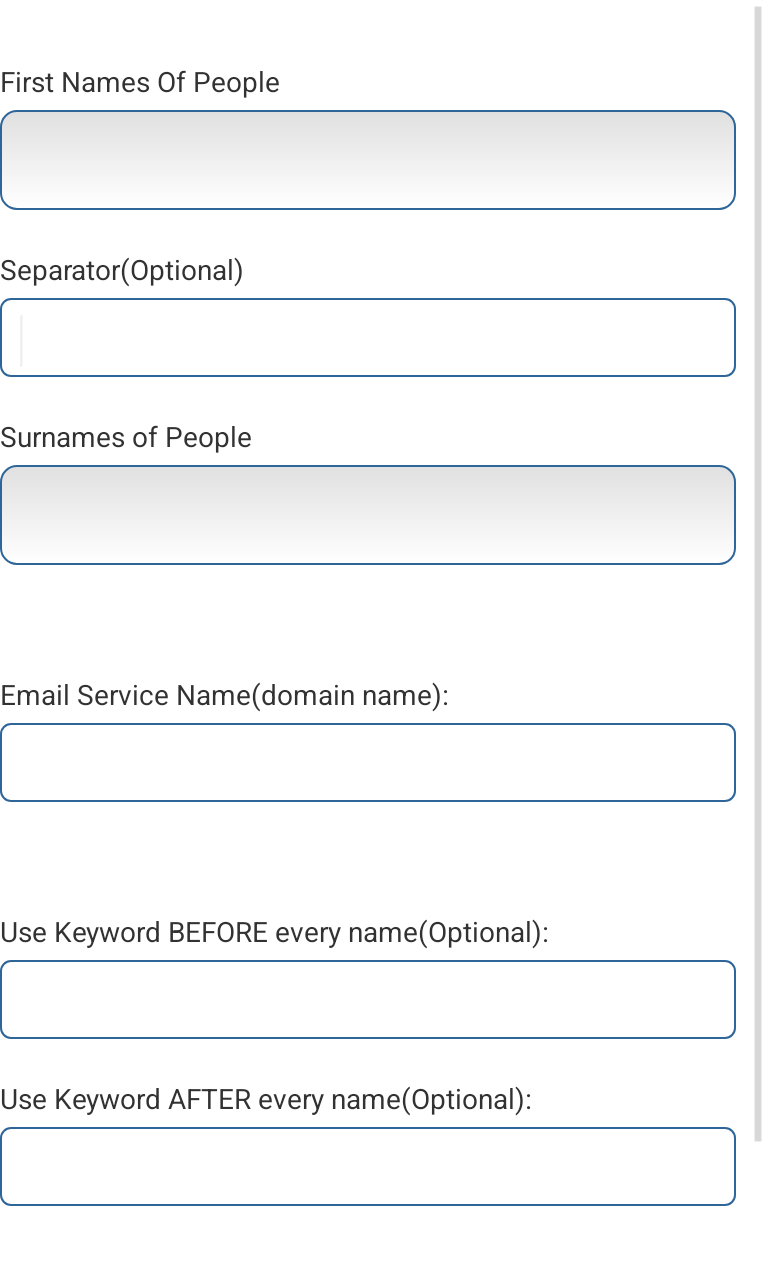
Repository: gperedo/AllAndroid
Layout: UltimateEmailIDEngine/res/layout/inputdata_activity.xml
These files come from the project's save history. The layout is drawn as it stood at one moment and after the next save; the edit follows.
It is drawn on a 768 x 1280 px phone screen (xhdpi) without system bars, with theme AppTheme; the app's code is not run.

Above is the layout before, as saved 2014-01-17 05:18:55.

### UltimateEmailIDEngine/res/layout/inputdata_activity.xml
<?xml version="1.0" encoding="utf-8"?>
<ScrollView xmlns:android="http://schemas.android.com/apk/res/android"
    android:layout_width="match_parent"
    android:layout_height="match_parent"
    >

    <LinearLayout
        android:layout_width="wrap_content"
        android:layout_height="wrap_content"
        android:layout_centerInParent="true"
        android:layout_marginTop="0dp"
        android:orientation="vertical"
        android:paddingBottom="@dimen/activity_vertical_margin"
    	android:paddingRight="@dimen/activity_horizontal_margin"
    	android:paddingTop="@dimen/activity_vertical_margin" >

        <LinearLayout
            android:id="@+id/linearLayout5"
            android:layout_width="match_parent"
            android:layout_height="wrap_content"
            android:orientation="vertical" >

            <LinearLayout
                android:id="@+id/linearLayout2"
                android:layout_width="match_parent"
                android:layout_height="wrap_content"
                android:layout_marginTop="15dp"
                android:orientation="vertical" >

                <TextView
                    android:id="@+id/firstname_textview"
                    android:layout_width="wrap_content"
                    android:layout_height="wrap_content"
                    android:text="First Names Of People" />

                <Spinner
                    android:id="@+id/firstnames_spinner"
                    android:layout_width="match_parent"
                    android:layout_height="50dp"
                    android:layout_marginTop="5dp"
                    android:background="@drawable/custom_spinner_btn_normal"/>
            </LinearLayout>

            <LinearLayout
                android:id="@+id/linearLayout3"
                android:layout_width="match_parent"
                android:layout_height="wrap_content"
                android:layout_marginTop="20dp"
                android:orientation="vertical" >

                <TextView
                    android:id="@+id/separator_textview"
                    android:layout_width="wrap_content"
                    android:layout_height="wrap_content"
                    android:text="Separator(Optional)" />

                <EditText
                    android:id="@+id/separator_edittext"
                    android:layout_width="match_parent"
                    android:layout_height="wrap_content"
                    android:layout_marginTop="5dp"
                    android:ems="10"
                    android:singleLine="true"
                    android:background="@drawable/rounded_edittext">

                    <requestFocus />
                </EditText>
            </LinearLayout>

            <LinearLayout
                android:id="@+id/linearLayout4"
                android:layout_width="match_parent"
                android:layout_height="wrap_content"
                android:layout_marginTop="20dp"
                android:orientation="vertical" >

                <TextView
                    android:id="@+id/surnames_textview"
                    android:layout_width="wrap_content"
                    android:layout_height="wrap_content"
                    android:text="Surnames of People" />

                <Spinner
                    android:id="@+id/surnames_spinner"
                    android:layout_width="match_parent"
                    android:layout_height="50dp"
                    android:layout_marginTop="5dp"
                    android:layout_weight="1"
                    android:background="@drawable/custom_spinner_btn_normal"/>
            </LinearLayout>
        </LinearLayout>

        <LinearLayout
            android:id="@+id/linearLayout8"
            android:layout_width="match_parent"
            android:layout_height="wrap_content"
            android:layout_marginTop="40dp"
            android:orientation="vertical" >

            <LinearLayout
                android:id="@+id/linearLayout7"
                android:layout_width="match_parent"
                android:layout_height="wrap_content"
                android:layout_marginTop="15dp"
                android:orientation="vertical" >

                <TextView
                    android:id="@+id/domainname_textView"
                    android:layout_width="match_parent"
                    android:layout_height="wrap_content"
                    android:text="Email Service Name(domain name):" />

                <EditText
                    android:id="@+id/editText1"
                    android:layout_width="match_parent"
                    android:layout_height="wrap_content"
                    android:layout_marginTop="5dp"
                    android:singleLine="true"
                    android:background="@drawable/rounded_edittext"/>
            </LinearLayout>
        </LinearLayout>

        <LinearLayout
            android:id="@+id/linearLayout12"
            android:layout_width="match_parent"
            android:layout_height="wrap_content"
            android:layout_marginTop="40dp"
            android:orientation="vertical" >

            <LinearLayout
                android:id="@+id/linearLayout10"
                android:layout_width="match_parent"
                android:layout_height="wrap_content"
                android:layout_marginTop="15dp"
                android:orientation="vertical" >

                <TextView
                    android:id="@+id/beforenameKeyword_textView"
                    android:layout_width="wrap_content"
                    android:layout_height="wrap_content"
                    android:text="Use Keyword BEFORE every name(Optional):" />

                <EditText
                    android:id="@+id/beforenameKeyword_editText"
                    android:layout_width="match_parent"
                    android:layout_height="wrap_content"
                    android:layout_marginTop="5dp"
                    android:ems="10"
                    android:singleLine="true"
                    android:background="@drawable/rounded_edittext"/>
            </LinearLayout>

            <LinearLayout
                android:id="@+id/linearLayout11"
                android:layout_width="match_parent"
                android:layout_height="wrap_content"
                android:layout_marginTop="20dp"
                android:orientation="vertical" >

                <TextView
                    android:id="@+id/afternameKeyword_textView"
                    android:layout_width="wrap_content"
                    android:layout_height="wrap_content"
                    android:text="Use Keyword AFTER every name(Optional):" />

                <EditText
                    android:id="@+id/afternameKeyword_editText"
                    android:layout_width="match_parent"
                    android:layout_height="wrap_content"
                    android:layout_marginTop="5dp"
                    android:ems="10"
                    android:singleLine="true"
                    android:background="@drawable/rounded_edittext" />
            </LinearLayout>
        </LinearLayout>

        <LinearLayout
            android:id="@+id/linearLayout13"
            android:layout_width="wrap_content"
            android:layout_height="wrap_content"
            android:layout_marginTop="40dp"
            android:orientation="vertical" >

            <Button
                android:id="@+id/pass_btn"
                android:layout_width="778dp"
                android:layout_height="wrap_content"
                android:background="@drawable/custom_button_selector"
                android:text="Button" />
        </LinearLayout>
    </LinearLayout>

</ScrollView>

### UltimateEmailIDEngine/res/drawable/custom_spinner_btn_normal.xml
<?xml version="1.0" encoding="utf-8"?>
<shape xmlns:android="http://schemas.android.com/apk/res/android"
    android:shape="rectangle">
    <padding
        android:left="10dp"
        android:top="9dp"
        android:right="10dp"
        android:bottom="6dp" />
    <gradient
        android:startColor="#ffffff"
        android:endColor="#e1e0e0"
        android:type="linear"
        android:angle="90"/>
    <stroke
        android:width="1dip"
        android:color="#2f6699" />
    <corners android:radius="8dp" />
</shape>

### UltimateEmailIDEngine/res/drawable/rounded_edittext.xml
<?xml version="1.0" encoding="utf-8"?>
<!-- res/drawable/rounded_edittext.xml -->
<shape xmlns:android="http://schemas.android.com/apk/res/android"
    android:padding="10dp"
    android:shape="rectangle" >

    <solid android:color="#FFFFFF" />

    <stroke
        android:width="1dp"
        android:color="#2f6699" />

    <corners
        android:bottomLeftRadius="5dp"
        android:bottomRightRadius="5dp"
        android:topLeftRadius="5dp"
        android:topRightRadius="5dp" />

    <padding
        android:left="10dp"
        android:top="9dp"
        android:right="10dp"
        android:bottom="6dp" />

</shape>

### UltimateEmailIDEngine/res/drawable/custom_button_selector.xml
<?xml version="1.0" encoding="utf-8"?>
<selector xmlns:android="http://schemas.android.com/apk/res/android">
<item
    android:state_enabled="false"
    android:drawable="@drawable/custom_button_selected" />
<item
    android:state_pressed="true"
    android:state_enabled="true"
    android:drawable="@drawable/custom_button_selected" />
<item
    android:state_focused="true"
    android:state_enabled="true"
    android:drawable="@drawable/custom_button_selected" />
<item
    android:state_enabled="true"
    android:drawable="@drawable/custom_button_normal" />
</selector>

### UltimateEmailIDEngine/res/drawable/custom_button_selected.xml
<?xml version="1.0" encoding="utf-8"?>
<shape xmlns:android="http://schemas.android.com/apk/res/android"
    android:shape="rectangle">
    <padding
        android:left="7dp"
        android:top="15dp"
        android:right="7dp"
        android:bottom="15dp" />
    <gradient
        android:startColor="#10429c"
        android:endColor="#3c7fc6"
        android:type="linear"
        android:angle="90"/>
    <stroke
        android:width="1dip"
        android:color="#4e97ce" />
    <corners android:radius="8dp" />
</shape>

### UltimateEmailIDEngine/res/drawable/custom_button_normal.xml
<?xml version="1.0" encoding="utf-8"?>
<shape xmlns:android="http://schemas.android.com/apk/res/android"
    android:shape="rectangle">
    <padding
        android:left="7dp"
        android:top="15dp"
        android:right="7dp"
        android:bottom="15dp" />
    <gradient
        android:startColor="#2c6cba"
        android:endColor="#61ade2"
        android:type="linear"
        android:angle="90"/>
    <stroke
        android:width="1dip"
        android:color="#4e97ce" />
    <corners android:radius="8dp" />
</shape>

Loaded but not shown: UltimateEmailIDEngine/res/values/styles.xml (common file); UltimateEmailIDEngine/res/values-v11/styles.xml (common file); UltimateEmailIDEngine/res/values-v14/styles.xml (common file); UltimateEmailIDEngine/res/values/dimens.xml (common file)

After the next save:
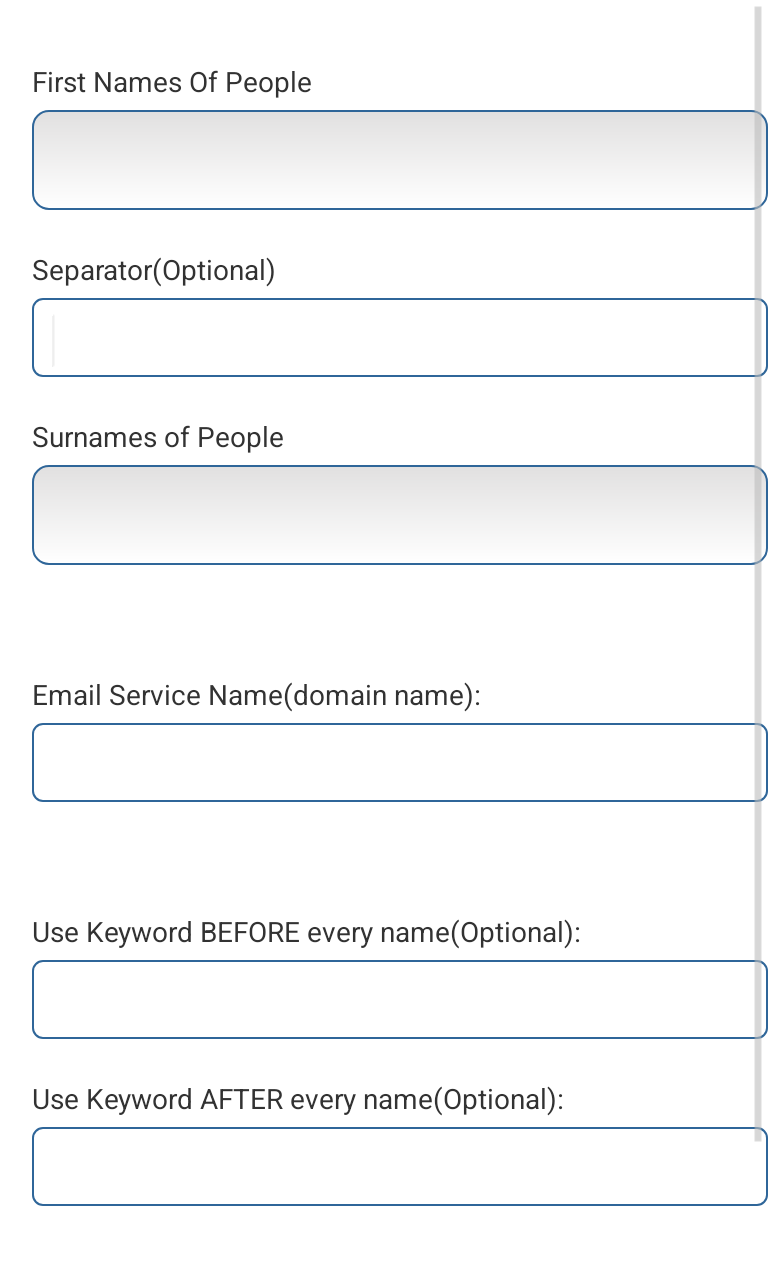
Saved 5 s later.
--- a/UltimateEmailIDEngine/res/layout/inputdata_activity.xml
+++ b/UltimateEmailIDEngine/res/layout/inputdata_activity.xml
@@ -11,7 +11,7 @@
         android:layout_marginTop="0dp"
         android:orientation="vertical"
         android:paddingBottom="@dimen/activity_vertical_margin"
-    	android:paddingRight="@dimen/activity_horizontal_margin"
+    	android:paddingLeft="@dimen/activity_horizontal_margin"
     	android:paddingTop="@dimen/activity_vertical_margin" >
 
         <LinearLayout
